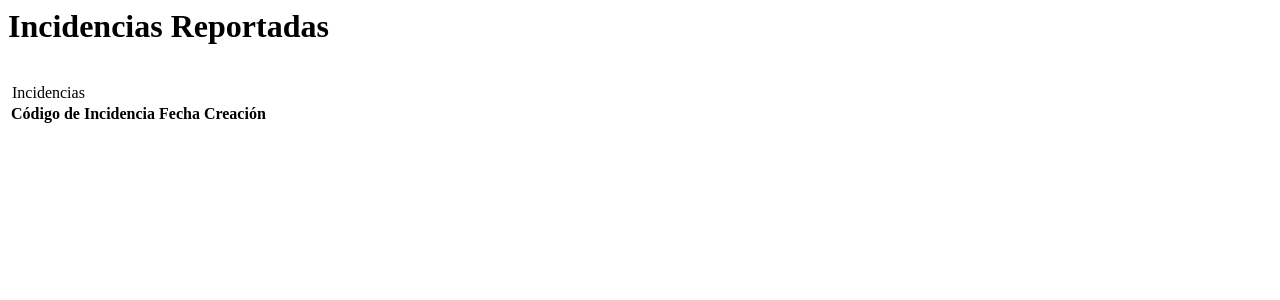
Repository: androla10/ProyectoCibert5to
Page: http://localhost/GDI/Incidencia/ListarIncidencia.jsp
These files come from the project's save history. The page is drawn as it stood at one moment and after the next save; the edit follows.
The browser window is 1280 px wide. The pictures show the whole page.
The page is served by Tomcat 9. Nobody is signed in. The application's start-up code is not run. Other server files are loaded and not shown.

Above is the page before, as saved 2016-05-11 19:03:57.

### GDI/src/main/webapp/Incidencia/ListarIncidencia.jsp
<div class="container-fluid">
	<h1 class="text-center">Incidencias Reportadas</h1>
	<br>
	<div class="panel-primary">
		<div class="panel-heading">
			<i class="fa fa-list fa-1x"></i>&nbsp;Incidencias
		</div>
		<div class="panel-body">
			<table class="table table-striped table-hover">
				<tr>
					<th>Código de Incidencia</th>
					<th>Fecha Creación</th>
					<th></th>
					<th></th>
					<th></th>
				</tr>
			</table>
		</div>
	</div>
</div>

After the next save:
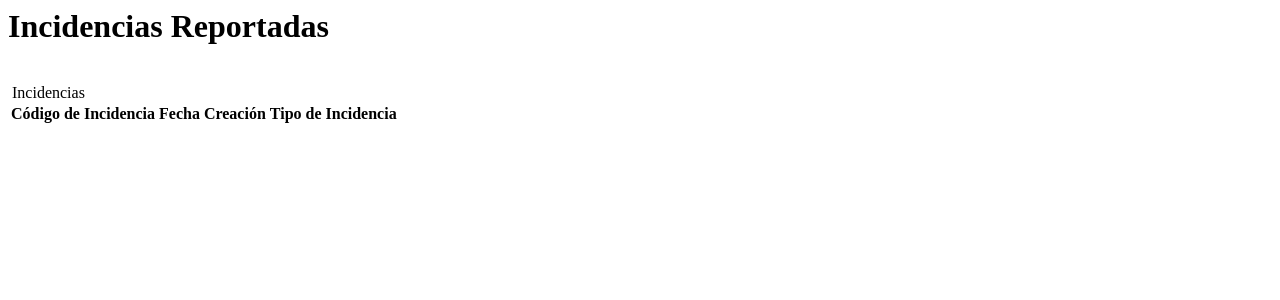
Saved 12 s later.
--- a/GDI/src/main/webapp/Incidencia/ListarIncidencia.jsp
+++ b/GDI/src/main/webapp/Incidencia/ListarIncidencia.jsp
@@ -10,7 +10,7 @@
 				<tr>
 					<th>Código de Incidencia</th>
 					<th>Fecha Creación</th>
-					<th></th>
+					<th>Tipo de Incidencia</th>
 					<th></th>
 					<th></th>
 				</tr>
